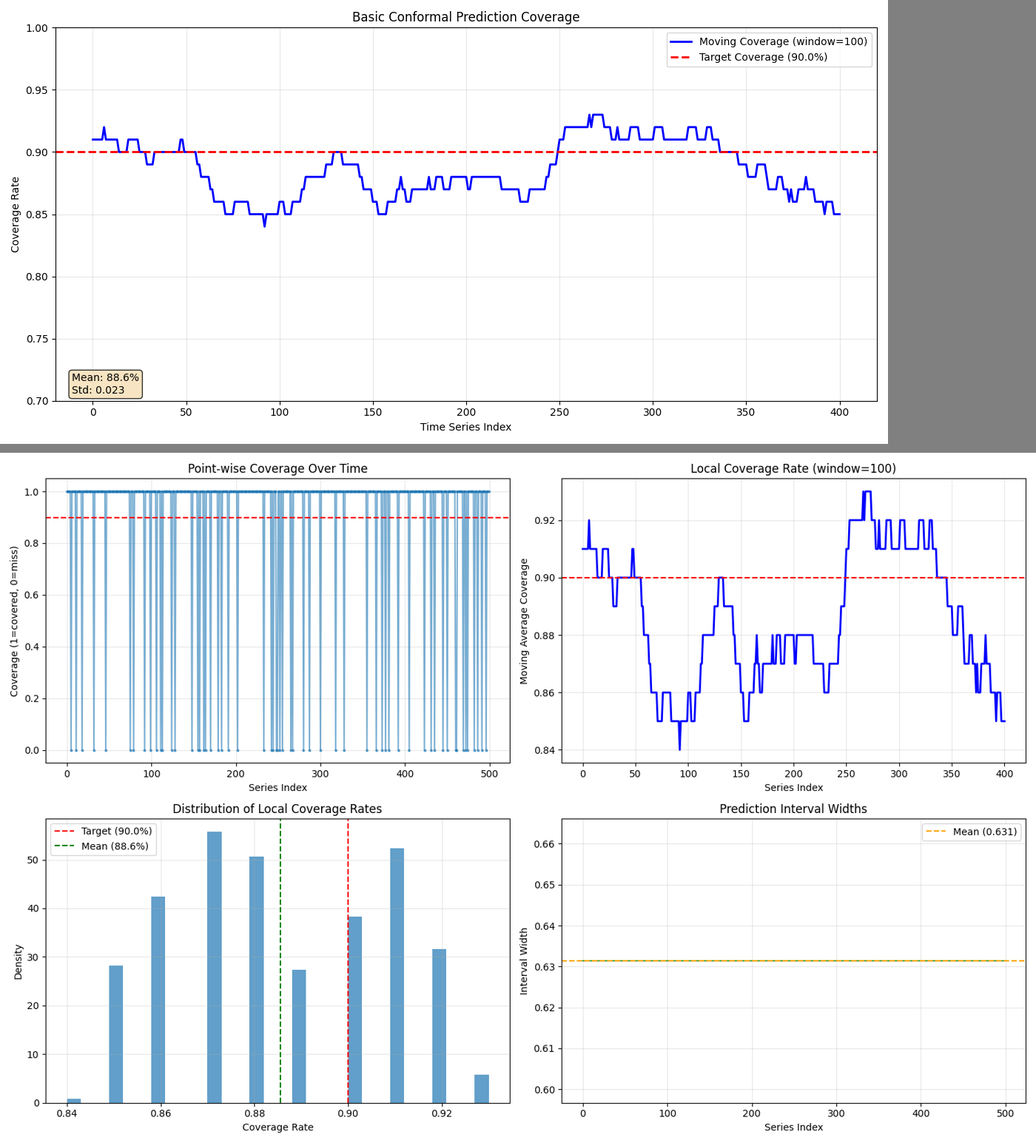
Repository: icer6683/Conformal-Covariate-Shift
Script's output: python test_basic.py
An editor plug-in stored every save of this project. The script's output is shown before and after the next save, followed by the edit.
The pictures are shown at 74% of full size.
Each picture stacks the figures in order, with grey between them; figures that are only written to a file come last. Figures wider than 1,400 px are first shrunk to that width. Random numbers start from a fixed seed.

Above is the script's output before, as saved 2025-07-23 22:51:07.

### test_basic.py
#!/usr/bin/env python3
"""
=============================================================================
TEST BASIC CONFORMAL COVERAGE - code.ipynb Style
=============================================================================

PURPOSE: Generate data from ts_generator.py and test basic conformal prediction
         with coverage visualization.

This creates moving average coverage plots,
showing coverage rates over time to validate the conformal prediction algorithm.

USAGE:
  python test_basic.py
  python test_basic.py --alpha 0.05 --n_series 1000
=============================================================================
"""

import numpy as np
import matplotlib.pyplot as plt
import argparse
from ts_generator import TimeSeriesGenerator
from basic_conformal import BasicConformalPredictor

def run_coverage_experiment(generator, predictor, n_series=500, ar_coef=0.7, noise_std=0.2):
    """
    Run coverage experiment similar to code.ipynb.

    This generates many time series and tests coverage over time,
    similar to your volatility forecasting experiment.
    """
    print(f"Running coverage experiment on {n_series} time series...")

    # Generate training data for model fitting
    print("Generating training data...")
    train_data = generator.generate_ar_process(n=200, ar_coef=ar_coef, noise_std=noise_std)

    # Generate calibration data
    print("Generating calibration data...")
    cal_data = generator.generate_ar_process(n=100, ar_coef=ar_coef, noise_std=noise_std)

    # Fit model and calibrate
    print("Fitting AR model...")
    predictor.fit_ar_model(train_data)

    print("Calibrating conformal predictor...")
    predictor.calibrate(cal_data)

    # Generate test series one by one and track coverage
    print("Testing coverage over time...")
    coverage_history = []
    interval_widths = []

    for i in range(n_series):
        if (i + 1) % 100 == 0:
            print(f"  Processed {i + 1}/{n_series} series...")

        # Generate single test series
        test_series = generator.generate_ar_process(n=1, ar_coef=ar_coef, noise_std=noise_std)[0]

        # Make prediction with interval
        pred, lower, upper = predictor.predict_with_interval(test_series[:-1])
        true_value = test_series[-1, 0]

        # Check coverage (like your error1[i] = 0 if covered else 1)
        covered = (lower <= true_value <= upper)
        coverage_history.append(1 if covered else 0)  # 1 = covered, 0 = miss

        # Track interval width
        interval_widths.append(upper - lower)

    coverage_history = np.array(coverage_history)
    interval_widths = np.array(interval_widths)

    return coverage_history, interval_widths

def compute_moving_average_coverage(coverage_history, window_size=100):
    """
    Compute moving average coverage like in code.ipynb.

    Similar to your:
    moving_average1 = np.zeros(len(error1) - local_window + 1)
    for i in range(len(error1) - local_window + 1):
        moving_average1[i] = np.mean(error1[i:i + local_window])
    """
    if len(coverage_history) < window_size:
        window_size = len(coverage_history) // 2

    moving_coverage = np.zeros(len(coverage_history) - window_size + 1)

    for i in range(len(coverage_history) - window_size + 1):
        # Note: coverage_history has 1=covered, 0=miss
        # So mean gives coverage rate directly
        moving_coverage[i] = np.mean(coverage_history[i:i + window_size])

    return moving_coverage

def plot_coverage_like_notebook(coverage_history, target_coverage, window_size=100, title="Basic Conformal Prediction Coverage"):
    """
    Create coverage plot similar to code.ipynb notebook.

    Mimics your:
    plt.plot(dates[255:-250], 1-moving_average1)
    plt.plot(dates[255:-250], np.zeros(len(moving_average1))+0.9)
    plt.title("Local Volatility Coverage")
    """
    # Compute moving average coverage
    moving_coverage = compute_moving_average_coverage(coverage_history, window_size)

    # Create time indices (like your dates)
    time_indices = np.arange(len(moving_coverage))

    plt.figure(figsize=(12, 6))

    # Plot moving average coverage (like your coverage rate plot)
    plt.plot(time_indices, moving_coverage, 'b-', linewidth=2,
             label=f'Moving Coverage (window={window_size})')

    # Plot target coverage line (like your horizontal line at 0.9)
    plt.axhline(y=target_coverage, color='red', linestyle='--', linewidth=2,
                label=f'Target Coverage ({target_coverage:.1%})')

    # Formatting like your notebook
    plt.xlabel('Time Series Index')
    plt.ylabel('Coverage Rate')
    plt.title(title)
    plt.legend()
    plt.grid(True, alpha=0.3)
    plt.ylim([0.7, 1.0])  # Similar range to your plots

    # Add statistics text box
    mean_coverage = np.mean(moving_coverage)
    std_coverage = np.std(moving_coverage)
    plt.text(0.02, 0.02, f'Mean: {mean_coverage:.1%}\nStd: {std_coverage:.3f}',
             transform=plt.gca().transAxes, bbox=dict(boxstyle="round", facecolor='wheat', alpha=0.8))

    plt.tight_layout()
    plt.show()

    return moving_coverage

def plot_detailed_results(coverage_history, interval_widths, target_coverage, window_size=100):
    """
    Additional plots for detailed analysis.
    """
    fig, axes = plt.subplots(2, 2, figsize=(15, 10))

    # Plot 1: Raw coverage over time (like your error1 plot)
    axes[0, 0].plot(coverage_history, 'o-', alpha=0.6, markersize=2)
    axes[0, 0].axhline(y=target_coverage, color='red', linestyle='--')
    axes[0, 0].set_xlabel('Series Index')
    axes[0, 0].set_ylabel('Coverage (1=covered, 0=miss)')
    axes[0, 0].set_title('Point-wise Coverage Over Time')
    axes[0, 0].grid(True, alpha=0.3)

    # Plot 2: Moving average coverage (main result)
    moving_coverage = compute_moving_average_coverage(coverage_history, window_size)
    axes[0, 1].plot(moving_coverage, 'b-', linewidth=2)
    axes[0, 1].axhline(y=target_coverage, color='red', linestyle='--')
    axes[0, 1].set_xlabel('Series Index')
    axes[0, 1].set_ylabel('Moving Average Coverage')
    axes[0, 1].set_title(f'Local Coverage Rate (window={window_size})')
    axes[0, 1].grid(True, alpha=0.3)

    # Plot 3: Coverage histogram (distribution of local coverage)
    axes[1, 0].hist(moving_coverage, bins=30, alpha=0.7, density=True)
    axes[1, 0].axvline(target_coverage, color='red', linestyle='--', label=f'Target ({target_coverage:.1%})')
    axes[1, 0].axvline(np.mean(moving_coverage), color='green', linestyle='--', label=f'Mean ({np.mean(moving_coverage):.1%})')
    axes[1, 0].set_xlabel('Coverage Rate')
    axes[1, 0].set_ylabel('Density')
    axes[1, 0].set_title('Distribution of Local Coverage Rates')
    axes[1, 0].legend()
    axes[1, 0].grid(True, alpha=0.3)

    # Plot 4: Interval widths over time
    axes[1, 1].plot(interval_widths, 'g-', alpha=0.7)
    axes[1, 1].axhline(y=np.mean(interval_widths), color='orange', linestyle='--',
                      label=f'Mean ({np.mean(interval_widths):.3f})')
    axes[1, 1].set_xlabel('Series Index')
    axes[1, 1].set_ylabel('Interval Width')
    axes[1, 1].set_title('Prediction Interval Widths')
    axes[1, 1].legend()
    axes[1, 1].grid(True, alpha=0.3)

    plt.tight_layout()
    plt.show()

def main():
    parser = argparse.ArgumentParser(description='Test basic conformal prediction coverage')
    parser.add_argument('--n_series', type=int, default=500, help='Number of test series')
    parser.add_argument('--alpha', type=float, default=0.1, help='Miscoverage level')
    parser.add_argument('--ar_coef', type=float, default=0.7, help='AR coefficient')
    parser.add_argument('--noise_std', type=float, default=0.2, help='Noise standard deviation')
    parser.add_argument('--window_size', type=int, default=100, help='Moving average window')
    parser.add_argument('--T', type=int, default=25, help='Time series length')
    parser.add_argument('--seed', type=int, default=42, help='Random seed')

    args = parser.parse_args()

    print("BASIC CONFORMAL PREDICTION COVERAGE TEST")
    print("="*50)
    print("Replicating code.ipynb style coverage analysis...")
    print(f"Parameters:")
    print(f"  Target coverage: {1-args.alpha:.1%} (α = {args.alpha})")
    print(f"  Test series: {args.n_series}")
    print(f"  Moving window: {args.window_size}")
    print(f"  AR coefficient: {args.ar_coef}")
    print(f"  Noise std: {args.noise_std}")
    print(f"  Series length: {args.T + 1}")

    # Initialize generator and predictor
    generator = TimeSeriesGenerator(T=args.T, d=1, seed=args.seed)
    predictor = BasicConformalPredictor(alpha=args.alpha)

    # Run coverage experiment
    coverage_history, interval_widths = run_coverage_experiment(
        generator=generator,
        predictor=predictor,
        n_series=args.n_series,
        ar_coef=args.ar_coef,
        noise_std=args.noise_std
    )

    # Compute overall statistics
    overall_coverage = np.mean(coverage_history)
    target_coverage = 1 - args.alpha

    print(f"\n" + "="*40)
    print("OVERALL COVERAGE RESULTS")
    print("="*40)
    print(f"Target coverage: {target_coverage:.1%}")
    print(f"Actual coverage: {overall_coverage:.1%}")
    print(f"Coverage error: {overall_coverage - target_coverage:+.1%}")
    print(f"Coverage std: {np.std(coverage_history):.3f}")
    print(f"Mean interval width: {np.mean(interval_widths):.4f}")

    # Create main coverage plot (like code.ipynb)
    print(f"\nCreating coverage plots...")
    moving_coverage = plot_coverage_like_notebook(
        coverage_history,
        target_coverage,
        args.window_size,
        "Basic Conformal Prediction Coverage"
    )

    # Additional detailed plots
    plot_detailed_results(coverage_history, interval_widths, target_coverage, args.window_size)

    # Summary statistics like your notebook
    print(f"\nMOVING AVERAGE COVERAGE STATISTICS:")
    print(f"  Mean coverage: {np.mean(moving_coverage):.1%}")
    print(f"  Std coverage: {np.std(moving_coverage):.3f}")
    print(f"  Min coverage: {np.min(moving_coverage):.1%}")
    print(f"  Max coverage: {np.max(moving_coverage):.1%}")

    # Final assessment
    coverage_within_range = np.abs(np.mean(moving_coverage) - target_coverage) < 0.05
    print(f"\nFinal Assessment:")
    print(f"  Coverage near target: {'✓' if coverage_within_range else '✗'}")
    print(f"  Algorithm working: {'✓' if coverage_within_range else '✗'}")

if __name__ == "__main__":
    main()

Loaded but not shown: ts_generator.py (474 lines, source omitted); basic_conformal.py (329 lines, source omitted)

After the next save:
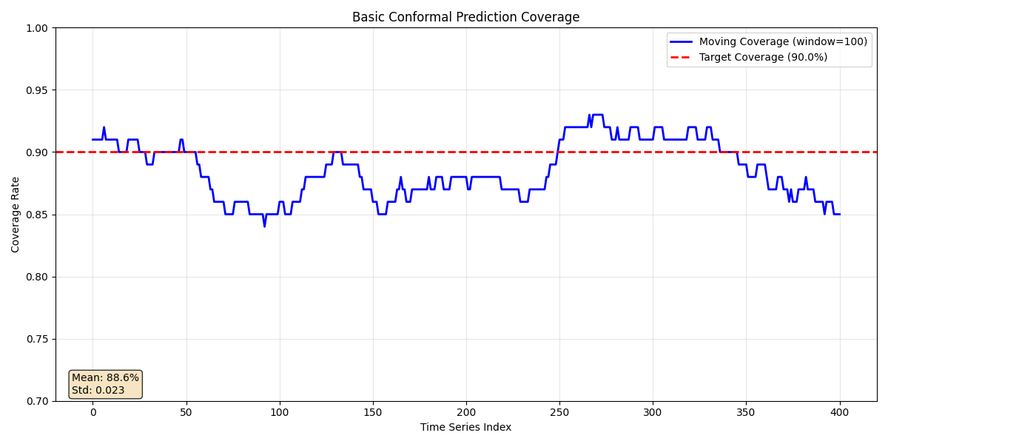
Saved 5 min 33 s later.
--- a/test_basic.py
+++ b/test_basic.py
@@ -5,14 +5,14 @@ TEST BASIC CONFORMAL COVERAGE - code.ipynb Style
 =============================================================================
 
 PURPOSE: Generate data from ts_generator.py and test basic conformal prediction
-         with coverage visualization.
-
-This creates moving average coverage plots,
+         with coverage visualization similar to code.ipynb notebook.
+
+This creates moving average coverage plots like your GARCH volatility example,
 showing coverage rates over time to validate the conformal prediction algorithm.
 
 USAGE:
-  python test_basic.py
-  python test_basic.py --alpha 0.05 --n_series 1000
+  python test_basic_coverage.py
+  python test_basic_coverage.py --alpha 0.05 --n_series 1000
 =============================================================================
 """
 
@@ -138,52 +138,6 @@ def plot_coverage_like_notebook(coverage_history, target_coverage, window_size=1
     plt.show()
 
     return moving_coverage
-
-def plot_detailed_results(coverage_history, interval_widths, target_coverage, window_size=100):
-    """
-    Additional plots for detailed analysis.
-    """
-    fig, axes = plt.subplots(2, 2, figsize=(15, 10))
-
-    # Plot 1: Raw coverage over time (like your error1 plot)
-    axes[0, 0].plot(coverage_history, 'o-', alpha=0.6, markersize=2)
-    axes[0, 0].axhline(y=target_coverage, color='red', linestyle='--')
-    axes[0, 0].set_xlabel('Series Index')
-    axes[0, 0].set_ylabel('Coverage (1=covered, 0=miss)')
-    axes[0, 0].set_title('Point-wise Coverage Over Time')
-    axes[0, 0].grid(True, alpha=0.3)
-
-    # Plot 2: Moving average coverage (main result)
-    moving_coverage = compute_moving_average_coverage(coverage_history, window_size)
-    axes[0, 1].plot(moving_coverage, 'b-', linewidth=2)
-    axes[0, 1].axhline(y=target_coverage, color='red', linestyle='--')
-    axes[0, 1].set_xlabel('Series Index')
-    axes[0, 1].set_ylabel('Moving Average Coverage')
-    axes[0, 1].set_title(f'Local Coverage Rate (window={window_size})')
-    axes[0, 1].grid(True, alpha=0.3)
-
-    # Plot 3: Coverage histogram (distribution of local coverage)
-    axes[1, 0].hist(moving_coverage, bins=30, alpha=0.7, density=True)
-    axes[1, 0].axvline(target_coverage, color='red', linestyle='--', label=f'Target ({target_coverage:.1%})')
-    axes[1, 0].axvline(np.mean(moving_coverage), color='green', linestyle='--', label=f'Mean ({np.mean(moving_coverage):.1%})')
-    axes[1, 0].set_xlabel('Coverage Rate')
-    axes[1, 0].set_ylabel('Density')
-    axes[1, 0].set_title('Distribution of Local Coverage Rates')
-    axes[1, 0].legend()
-    axes[1, 0].grid(True, alpha=0.3)
-
-    # Plot 4: Interval widths over time
-    axes[1, 1].plot(interval_widths, 'g-', alpha=0.7)
-    axes[1, 1].axhline(y=np.mean(interval_widths), color='orange', linestyle='--',
-                      label=f'Mean ({np.mean(interval_widths):.3f})')
-    axes[1, 1].set_xlabel('Series Index')
-    axes[1, 1].set_ylabel('Interval Width')
-    axes[1, 1].set_title('Prediction Interval Widths')
-    axes[1, 1].legend()
-    axes[1, 1].grid(True, alpha=0.3)
-
-    plt.tight_layout()
-    plt.show()
 
 def main():
     parser = argparse.ArgumentParser(description='Test basic conformal prediction coverage')
@@ -235,7 +189,7 @@ def main():
     print(f"Mean interval width: {np.mean(interval_widths):.4f}")
 
     # Create main coverage plot (like code.ipynb)
-    print(f"\nCreating coverage plots...")
+    print(f"\nCreating coverage plot...")
     moving_coverage = plot_coverage_like_notebook(
         coverage_history,
         target_coverage,
@@ -243,9 +197,6 @@ def main():
         "Basic Conformal Prediction Coverage"
     )
 
-    # Additional detailed plots
-    plot_detailed_results(coverage_history, interval_widths, target_coverage, args.window_size)
-
     # Summary statistics like your notebook
     print(f"\nMOVING AVERAGE COVERAGE STATISTICS:")
     print(f"  Mean coverage: {np.mean(moving_coverage):.1%}")
